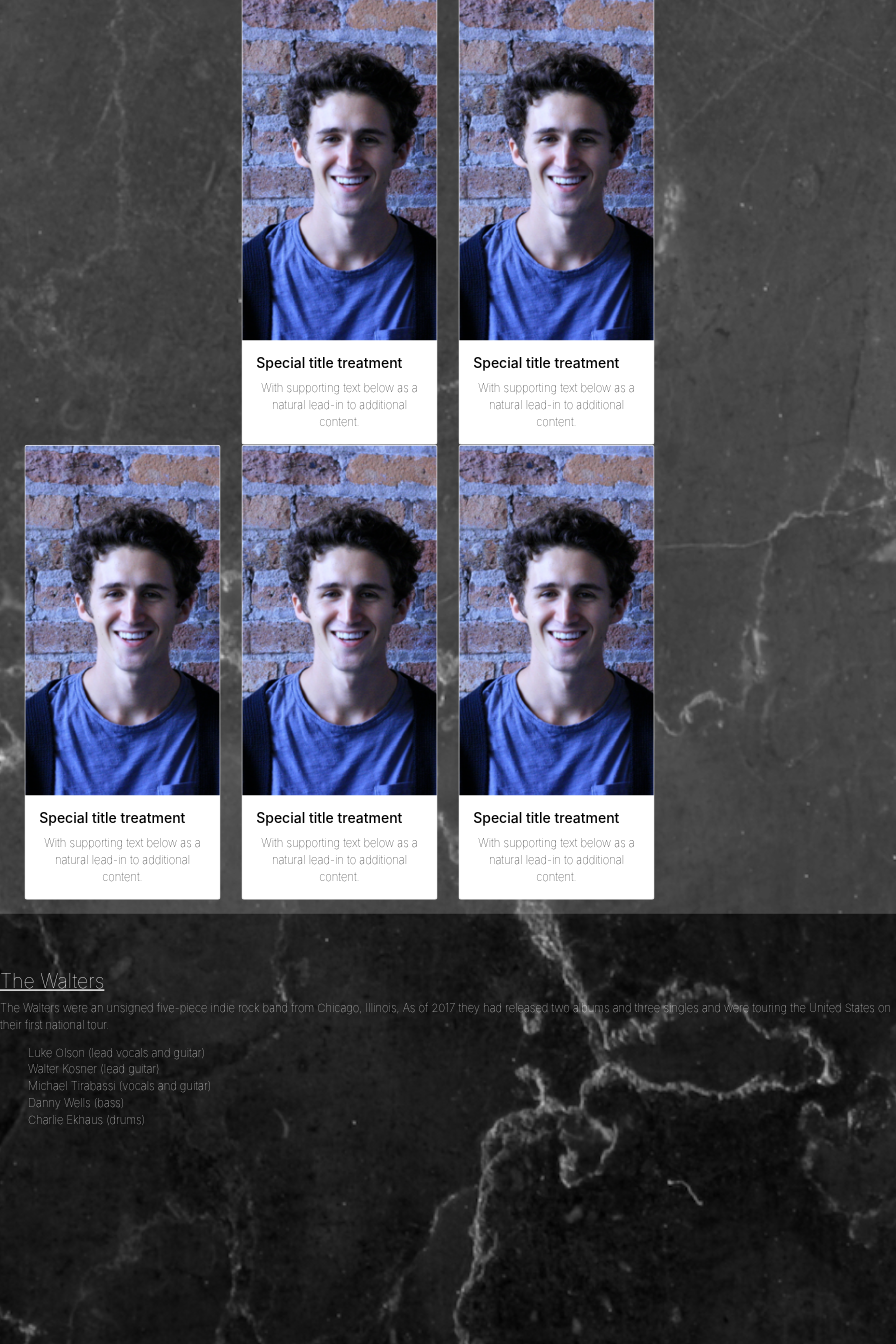
Repository: yucheng91/CIassignment1
Page: index.html
The author's editor kept a record of every edit. The page is drawn from the files as they stood at one moment, then again after the next edit.
The browser window is 1280 px wide. The pictures show the part of the page from y = 1968 to 3888 px (the page is 4493 px tall), at 70% of full size.
Pictures or frames that could not be fetched are drawn as grey boxes.

Above is the page before.

### index.html
<!doctype html>
<html lang="en">
  <head>
    <!-- Required meta tags -->
    <meta charset="utf-8">
    <meta name="viewport" content="width=device-width, initial-scale=1, shrink-to-fit=no">

    <!-- Bootstrap CSS -->
    <link rel="stylesheet" href="https://stackpath.bootstrapcdn.com/bootstrap/4.3.1/css/bootstrap.min.css" integrity="sha384-ggOyR0iXCbMQv3Xipma34MD+dH/1fQ784/j6cY/iJTQUOhcWr7x9JvoRxT2MZw1T" crossorigin="anonymous">
    <link rel="stylesheet" href="style.css" type="text/css" />
    <link rel="stylesheet" href="https://maxcdn.bootstrapcdn.com/font-awesome/4.7.0/css/font-awesome.min.css" type="text/css" />
    <title>The Walters</title>
  </head>

  <body>
    <header>
      <div class="container-fluid">
      <div class="row">
        <div class="col-10">
          <h1>THE WALTERS</h1>
        </div>
        <div class="col-2">
          <a href="https://www.facebook.com"><i class="fa fa-facebook-square fa-2x" aria-hidden="true"></i></a>
          <a href="https://www.twitter.com"><i class="fa fa-twitter-square fa-2x" aria-hidden="true"></i></a>
          <a href="https://www.youtube.com"><i class="fa fa-youtube-square fa-2x" aria-hidden="true"></i></a>
        </div>
      </div>
    </div>
  <div class="border"></div>
  </header>

<div id="carouselExampleControls" class="carousel slide" data-ride="carousel">
  <div class="carousel-inner">
    <div class="carousel-item active">
      <img class="d-block w-100" src="images/c1.jpg" alt="First slide">
    </div>
    <div class="carousel-item">
      <img class="d-block w-100" src="images/c2.jpg" alt="Second slide">
    </div>
    <div class="carousel-item">
      <img class="d-block w-100" src="images/c3.jpg" alt="Third slide">
    </div>
  </div>
  <a class="carousel-control-prev" href="#carouselExampleControls" role="button" data-slide="prev">
    <span class="carousel-control-prev-icon" aria-hidden="true"></span>
    <span class="sr-only">Previous</span>
  </a>
  <a class="carousel-control-next" href="#carouselExampleControls" role="button" data-slide="next">
    <span class="carousel-control-next-icon" aria-hidden="true"></span>
    <span class="sr-only">Next</span>
  </a>
</div>
    <div class="border"></div>

  <section class="upcomingshow">
    <div>
      <h2>Upcoming Shows 2019</h2>
      <div class="container-fluid">
        <div class="row">
          <div class="col-12 col-md-3">
            <p>26-27 JUL</p>
          </div>
          <div class="col-12 col-md-6">
            <p>Hard Rock Hotel, Resort World Sentosa</p>
          </div>
          <div class="col-12 col-md-3 text-center">
            <a href="https://www.eventbrite.sg"><button type="button" class="btn btn-dark">RSVP</button></p></a>
         </div>
        </div>

        <div class="row">
          <div class="col-12 col-md-3">
            <p>30-31 AUG</p>
          </div>
          <div class="col-12 col-md-6">
            <p>Hard Rock Cafe, Orchard Singapore</p>
          </div>
          <div class="col-12 col-md-3 text-center">
            <a href="https://www.eventbrite.sg"><button type="button" class="btn btn-dark">RSVP</button></p></a>
          </div>
        </div>
        <div class="row">
          <div class="col-12 col-md-3">
            <p>27-28 SEP</p>
          </div>
          <div class="col-12 col-md-6">
            <p>Hard Rock Hotel, Resort World Sentosa</p>
          </div>
          <div class="col-12 col-md-3 text-center">
            <a href="https://www.eventbrite.sg"><button type="button" class="btn btn-dark">RSVP</button></p></a>
          </div>
        </div>
        <div class="row">
          <div class="col-12 col-md-3">
            <p>27-28 SEP</p>
          </div>
          <div class="col-12 col-md-6">
            <p>Hard Rock Hotel, Resort World Sentosa</p>
          </div>
          <div class="col-12 col-md-3 text-center">
            <a href="https://www.eventbrite.sg"><button type="button" class="btn btn-dark">RSVP</button></p></a>
          </div>
        </div>
      </div>
      </section>

    <section>
    <div class="members">
    <a name="TheWalters"/>
    <h3>The Walters</h3>
    <img src="images/groupphoto.jpeg" class="img-fluid rounded" alt="Responsive image">
    <p>The Walters were an unsigned five-piece indie rock band from Chicago, Illinois. As of 2017 they had released two albums and three singles and were touring the United States on their first national tour.</p>
      <div class="container-fluid">
        <div class="row">
          <div class="col-3"></div>
          <div class="col-12 col-md-3">
            <div class="card">
              <img class="card-img-top" src="images/LukeOlson.png" alt="Card image cap">
              <div class="card-body">
                <h5 class="card-title">Special title treatment</h5>
                <p class="card-text">With supporting text below as a natural lead-in to additional content.</p>
              </div>
            </div>
          </div>
          <div class="col-12 col-md-3">
            <div class="card">
              <img class="card-img-top" src="images/LukeOlson.png" alt="Card image cap">
              <div class="card-body">
                <h5 class="card-title">Special title treatment</h5>
                <p class="card-text">With supporting text below as a natural lead-in to additional content.</p>
              </div>
            </div>
          </div>
          <div class="col-3"></div>
        </div>
        <div class="row">
           <div class="col-12 col-md-3">
            <div class="card">
              <img class="card-img-top" src="images/LukeOlson.png" alt="Card image cap">
              <div class="card-body">
                <h5 class="card-title">Special title treatment</h5>
                <p class="card-text">With supporting text below as a natural lead-in to additional content.</p>
              </div>
            </div>
          </div>
           <div class="col-12 col-md-3">
            <div class="card">
              <img class="card-img-top" src="images/LukeOlson.png" alt="Card image cap">
              <div class="card-body">
                <h5 class="card-title">Special title treatment</h5>
                <p class="card-text">With supporting text below as a natural lead-in to additional content.</p>
              </div>
            </div>
          </div>
           <div class="col-12 col-md-3">
            <div class="card">
              <img class="card-img-top" src="images/LukeOlson.png" alt="Card image cap">
              <div class="card-body">
                <h5 class="card-title">Special title treatment</h5>
                <p class="card-text">With supporting text below as a natural lead-in to additional content.</p>
              </div>
            </div>
          </div>
        </div>
      </div>
    </div>
    </section>


    <section>
    <div class="music">
    <a name="Music"/>
    <h3>The Walters</h3>
    <p>The Walters were an unsigned five-piece indie rock band from Chicago, Illinois, As of 2017 they had released two albums and three singles and were touring the United States on their first national tour.</p>
    <ul class="nobullet">
      <li>Luke Olson (lead vocals and guitar)</li>
      <li>Walter Kosner (lead guitar)</li>
      <li>Michael Tirabassi (vocals and guitar)</li>
      <li>Danny Wells (bass)</li>
      <li>Charlie Ekhaus (drums)</li>
    </ul>
    </div>
    </section>

    <section>
    <div class="video">
    <a name="Video"/>
     <div class="embed-responsive embed-responsive-16by9">
        <iframe class="embed-responsive-item" src="https://www.youtube.com/embed/5zfrnme2nJ4" allowfullscreen></iframe>
      </div>
    </div>
    </section>

    <footer>
    <div class="navbar">
    <ul class="nav justify-content-start">
      <li class="nav-item">
        <a class="nav-link active" href="#Home">HOME</a>
      </li>
      <li class="nav-item">
        <a class="nav-link" href="#TheWalters">THE WALTERS</a>
      </li>
      <li class="nav-item">
        <a class="nav-link" href="#Music">MUSIC</a>
      </li>
      <li class="nav-item">
        <a class="nav-link" href="#Video">VIDEO</a>
      </li>
    </ul>
    </div>
    </footer>
    <!-- Optional JavaScript -->
    <!-- jQuery first, then Popper.js, then Bootstrap JS -->
    <script src="https://code.jquery.com/jquery-3.3.1.slim.min.js" integrity="sha384-q8i/X+965DzO0rT7abK41JStQIAqVgRVzpbzo5smXKp4YfRvH+8abtTE1Pi6jizo" crossorigin="anonymous"></script>
    <script src="https://cdnjs.cloudflare.com/ajax/libs/popper.js/1.14.7/umd/popper.min.js" integrity="sha384-UO2eT0CpHqdSJQ6hJty5KVphtPhzWj9WO1clHTMGa3JDZwrnQq4sF86dIHNDz0W1" crossorigin="anonymous"></script>
    <script src="https://stackpath.bootstrapcdn.com/bootstrap/4.3.1/js/bootstrap.min.js" integrity="sha384-JjSmVgyd0p3pXB1rRibZUAYoIIy6OrQ6VrjIEaFf/nJGzIxFDsf4x0xIM+B07jRM" crossorigin="anonymous"></script>
  </body>
</html>

### style.css
body {
    color:white;
    font-weight: 100;
    background-image: url("images/background.jpg");
    background-position: center;
    background-size:cover;
}

section {
    padding-top:40px;
    padding-bottom:40px;
}

.container-fluid h1 {
    font-weight: 100;
    padding-top: 12px;
    text-decoration: underline;
}

.container-fluid p {
    text-align:center;
}

.border {
    height:3px;
    background-color:grey;
    border:0;
    padding:0;
    color:grey;
}

.navbar  {
    position: fixed;
    bottom: 0;
    width: 100%;
    color: white;
    font-weight:100;
    background-color: #151516;
    padding:0 ;
}

.col-2 {
    padding:20px;
    text-align:right;
}

a {
    color:white;
}

.upcomingshow {
        background:rgba(0, 0, 0, 0.5);
}

.upcomingshow h2{
    text-align:center;
    padding-top: 20px;
    padding-bottom: 20px;
    text-decoration:underline;
    font-weight:100;
}

.nobullet {
    list-style-type: none;
    padding-bottom:40px;
    text-align:left;
}

footer {
    bottom:0 ;
    width: 100%;
}

.rsvpbutton {
    border:1px solid white;
}

img {
    height: 500px;
    width: 100%;
    object-fit: cover;
}

.members {
    padding:20px;
    background-color:rgba(242, 242, 242,0.2);
}

h3 {
    font-weight:100;
    text-decoration: underline;
}

.video {
    padding:20px;
}

.card {
    color:black;
}

@media (max-width: 767px) {
    body {
        font-size: 15px;
    }

    h1 {
        font-size: 27px;
    }

    h2 {
        font-size: 20px;
    }

    p {
        font-size: 15px;
    }

    navbar {
        font-size: 15px;
    }

}

@media (max-width:359px) {
    section {
        padding-bottom:76px;
    }
}

After the next edit:
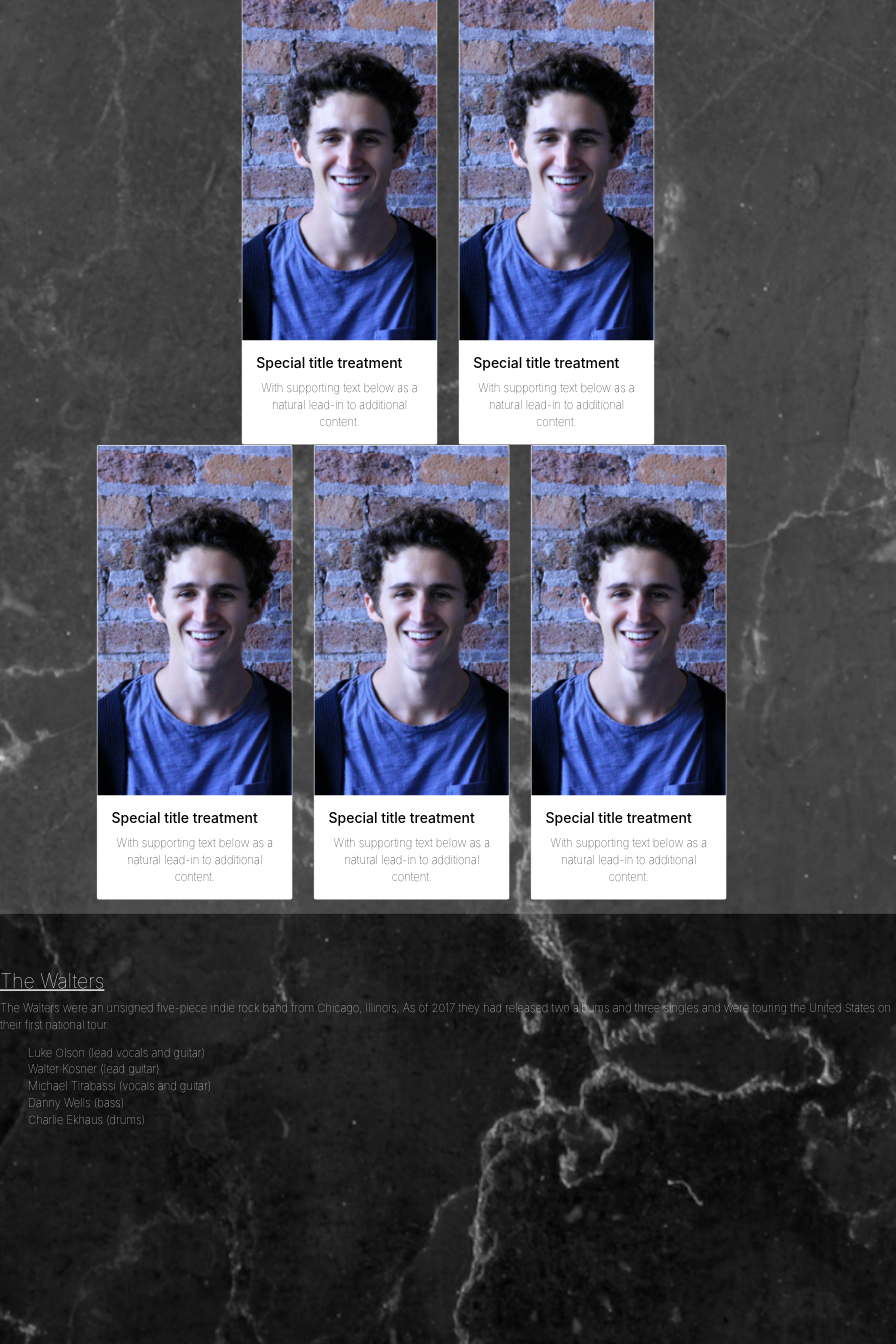
The edit:
--- a/index.html
+++ b/index.html
@@ -134,6 +134,7 @@
           <div class="col-3"></div>
         </div>
         <div class="row">
+          <div class="col-1"></div>
            <div class="col-12 col-md-3">
             <div class="card">
               <img class="card-img-top" src="images/LukeOlson.png" alt="Card image cap">
